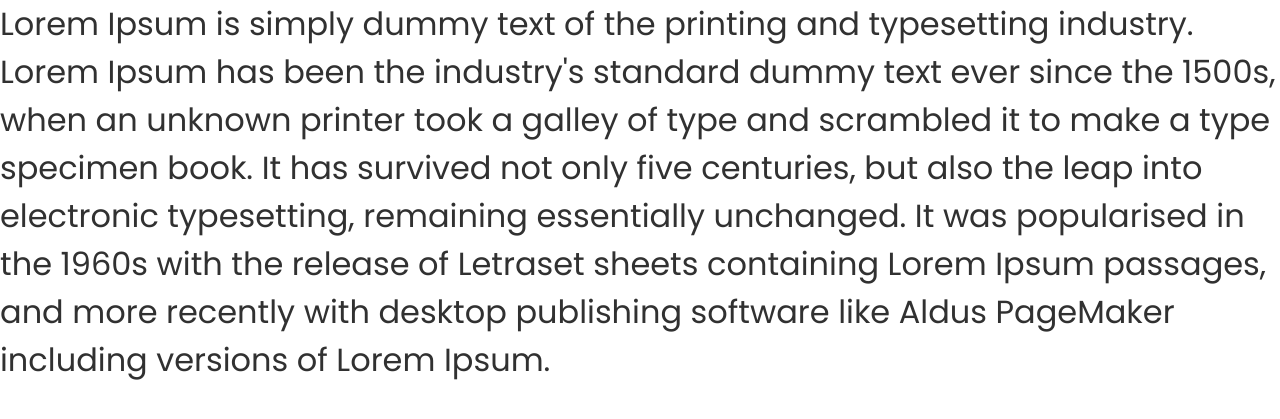
Repository: AbiezerSidonioJoseOdanacaJunior/projeto-travelgram
Page: index.html
An editor plug-in stored every save of this project. The page is shown before and after the next save, followed by the edit.
The browser window is 1280 px wide. The pictures show the whole page.
Some web fonts or font styles are not loaded; a fallback is used.

Above is the page before, as saved 2024-11-12 15:40:35.

### index.html
<!DOCTYPE html>
<html lang="pt-br">
<head>
    <meta charset="UTF-8">
    <meta name="viewport" content="width=device-width, initial-scale=1.0">
    <link rel="preconnect" href="https://fonts.googleapis.com">
    <link rel="preconnect" href="https://fonts.gstatic.com" crossorigin>
    <title>Travelgram</title>
    <link rel="stylesheet" href="styles/global.css">
    <link href="https://fonts.googleapis.com/css2?family=Alice&family=Playfair+Display:ital,wght@0,400..900;1,400..900&family=Poppins:wght@400;700&display=swap" rel="stylesheet">
</head>
<body>
    <p>Lorem Ipsum is simply dummy text of the printing and typesetting industry. Lorem Ipsum has been the industry's standard dummy text ever since the 1500s, when an unknown printer took a galley of type and scrambled it to make a type specimen book. It has survived not only five centuries, but also the leap into electronic typesetting, remaining essentially unchanged. It was popularised in the 1960s with the release of Letraset sheets containing Lorem Ipsum passages, and more recently with desktop publishing software like Aldus PageMaker including versions of Lorem Ipsum.</p>

</body>
</html>

### styles/global.css
* {
    padding: 0;
    margin: 0;
    box-sizing: border-box;
}

:root {
    --brand-clor: #EF5F4C;
    --backgoround-clor: #FFFFFF;
    --surface-color: #F5F5F5;
    --skeleton-color: #D9D9D9;
    --shape-tranparency: #ffffff90;
    --text-color-primary: #313131;
    --text-color-secondary: #6C6C6C;
    --font-family: "Poppins", sans-serif;
    --text: 16px/150% var(--font-family);
    --text-lg: bold 32px/125% var(--font-family);
    --text-md: 14px/170% var(--font-family);
    --text-sm: 12px/170% var(--font-family) ;

}

body {
    color: var(--text-color-primary);
    background-color: var(--backgoround-clor);
}

p{
    font-family: var(--font-family);
    font-size: 32px;
}

After the next save:
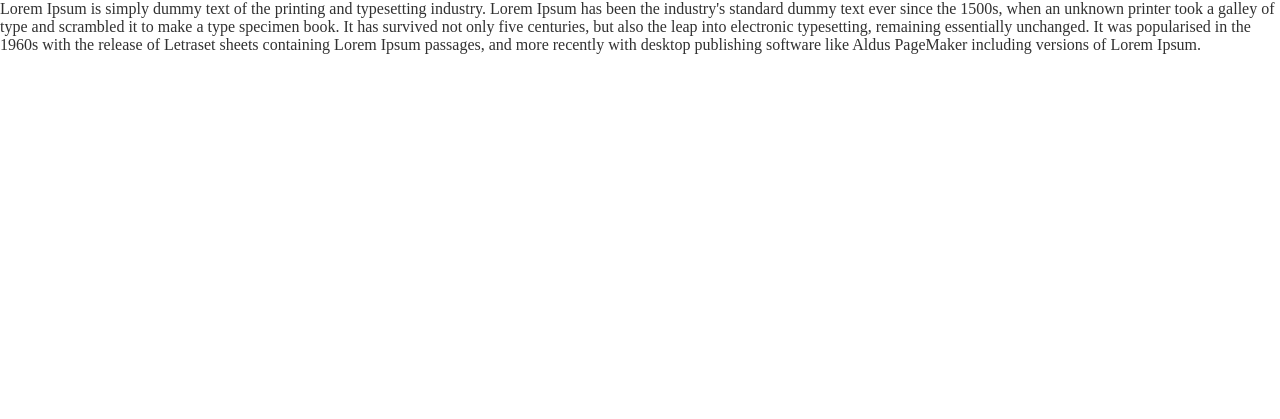
Saved 13 s later.
--- a/styles/global.css
+++ b/styles/global.css
@@ -24,8 +24,3 @@
     color: var(--text-color-primary);
     background-color: var(--backgoround-clor);
 }
-
-p{
-    font-family: var(--font-family);
-    font-size: 32px;
-}
